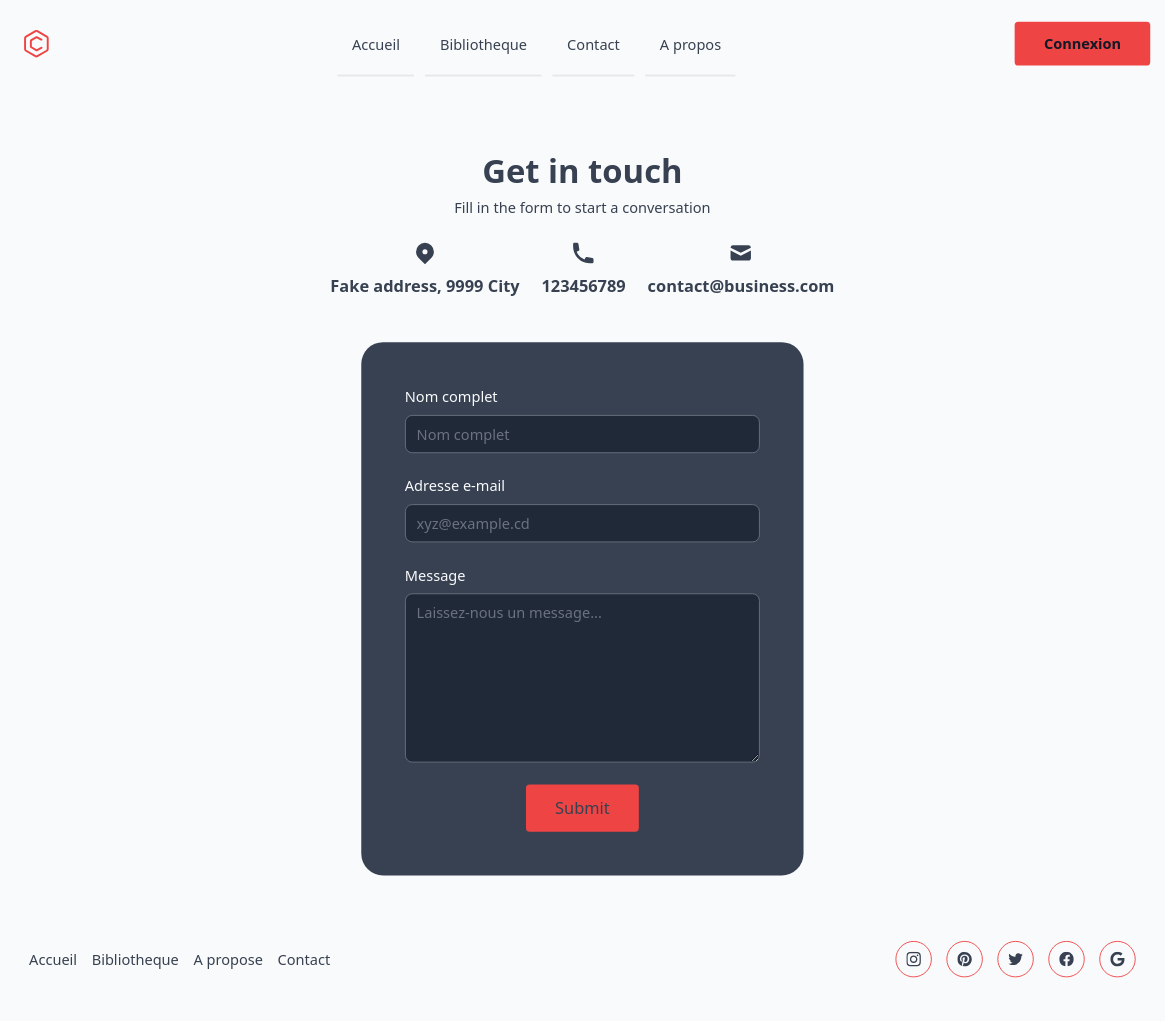
Repository: erulabs243/museum
Page: /contact
The author's editor kept a copy of each file at every save. The page is drawn from the files as they stood at one save, then again after the next save.
The browser window is 1280 px wide. The pictures show the whole page, at 91% of full size.
The project was rebuilt for these pictures with package versions that can differ from the ones it lists, and the page was loaded fresh each time. Also part of the build but not shown: vite.config.js, src/pages/admin/Home.jsx, src/pages/commons/NotFound.jsx, src/components/atoms/TagBadge.jsx, src/components/atoms/MyAudioPlayer.jsx, src/components/atoms/MyVideoPlayer.jsx, src/components/atoms/MediaCard.jsx, src/components/sections/Testimonial.jsx and 16 more.

Above is the page before, as saved 2022-08-10 13:28:28.

### index.html
<!DOCTYPE html>
<html lang="en">
  <head>
    <meta charset="UTF-8" />
    <link rel="icon" type="image/svg+xml" href="/vite.svg" />
    <link rel="stylesheet" href="src/theme/App.css">
    <meta name="viewport" content="width=device-width, initial-scale=1.0" />
    <title>Museum...</title>
  </head>
  <body class="bg-gray-50">
    <div id="root"></div>
    <script type="module" src="/src/main.jsx"></script>
  </body>
</html>

### src/App.jsx
'use strict';

import {BrowserRouter, Route, Routes} from 'react-router-dom';
import { AdminRoutes, CommonsRoutes, UserRoutes, AuthRoutes } from './routes';

const App = () => {
  return (
      <BrowserRouter>
        <Routes>
          {AuthRoutes.map(route => <Route path={route.path} key={route.path} element={route.element} />)}
          {UserRoutes.map(route => <Route path={route.path} key={route.path} element={route.element} />)}
          {AdminRoutes.map(route => <Route path={route.path} key={route.path} element={route.element} />)}
          {CommonsRoutes.map(route => <Route path={route.path} key={route.path} element={route.element} />)}
        </Routes>
      </BrowserRouter>
  );
};

export default App

### src/routes/index.jsx
'use strict';

import AdminRoutes from "./AdminRoutes";
import CommonsRoutes from "./CommonsRoutes";
import UserRoutes from "./UserRoutes";
import AuthRoutes from "./AuthRoutes";

export {UserRoutes, AdminRoutes, CommonsRoutes, AuthRoutes};

### src/routes/AdminRoutes.jsx
'use strict';

import { Home } from "../pages/admin";

const AdminRoutes = [
    {
        path: '/admin',
        element: <Home />
    }
];

export default AdminRoutes;

### src/routes/CommonsRoutes.jsx
'use strict';

import {NotFound} from '../pages/commons';

const CommonsRoutes = [
    {
        path: '*',
        element: <NotFound />
    }
]

export default CommonsRoutes;

### src/routes/UserRoutes.jsx
'use strict';

import {
    About,
    Contact,
    Gallery,
    Home,
    Library,
    Podcast,
    Story,
    Testimonials,
    Videos
} from '../pages/user';

const UserRoutes = [
    {
        path: '/',
        element: <Home />
    },
    {
        path: '/contact',
        element: <Contact />
    },
    {
        path: '/library',
        element: <Library />
    },
    {
        path: '/stories',
        element: <Testimonials />
    },
    {
        path: '/stories/:slug',
        element: <Story />
    },
    {
        path: '/gallery',
        element: <Gallery />
    },
    {
        path: '/videos',
        element: <Videos />
    },
    {
        path: '/podcast',
        element: <Podcast />
    },
    {
        path: '/about',
        element: <About />
    }
];

export default UserRoutes;

### src/routes/AuthRoutes.jsx
'use strict';

import {Login} from '../pages/auth';

const AuthRoutes = [
    {
        path: '/login',
        element: <Login />
    }
];

export default AuthRoutes;

### src/pages/admin/index.jsx
'use strict';

import Home from './Home';

export {Home};

### src/pages/commons/index.jsx
'use strict';

import NotFound from './NotFound';

export {NotFound};

### src/pages/user/index.jsx
'use strict';

import Blog from './Blog';
import Contact from './Contact';
import Gallery from './Gallery';
import Library from './Library';
import Podcast from './Podcast';
import Testimonials from './Testimonials';
import Videos from './Videos';
import Home from './Home';
import Story from './Story';
import About from './About';

export { Home, Blog, Contact, Gallery, Library, Podcast, Testimonials, Videos, Story, About };

### src/pages/auth/index.jsx
'use strict';

import Login from "./Login";

export {Login};

### src/pages/user/Contact.jsx
'use strict';

import { Footer, Navbar } from '../../components/sections';

const Contact = () => {
    return (
        <main>
            <Navbar />
            <section className="py-6 bg-gray-50 text-gray-700 h-5/6">
                <div className="flex flex-col items-center px-6 mx-auto lg:px-8">
                    <div className="p-12 w-2/3">
                        <h1 className="text-4xl font-bold text-center">Get in touch</h1>
                        <p className="pt-2 pb-4 text-center">
                            Fill in the form to start a conversation
                        </p>
                        <div className="flex justify-center items-center">
                            <p className="flex flex-col justify-center items-center mx-3">
                                <svg
                                    xmlns="http://www.w3.org/2000/svg"
                                    viewBox="0 0 20 20"
                                    fill="currentColor"
                                    className="w-7 h-7 my-2">
                                    <path
                                        fillRule="evenodd"
                                        d="M5.05 4.05a7 7 0 119.9 9.9L10 18.9l-4.95-4.95a7 7 0 010-9.9zM10 11a2 2 0 100-4 2 2 0 000 4z"
                                        clipRule="evenodd"></path>
                                </svg>
                                <span className="text-lg font-semibold">
                                    Fake address, 9999 City
                                </span>
                            </p>
                            <p className="flex  flex-col justify-center items-center mx-3">
                                <svg
                                    xmlns="http://www.w3.org/2000/svg"
                                    viewBox="0 0 20 20"
                                    fill="currentColor"
                                    className="w-7 h-7 my-2">
                                    <path d="M2 3a1 1 0 011-1h2.153a1 1 0 01.986.836l.74 4.435a1 1 0 01-.54 1.06l-1.548.773a11.037 11.037 0 006.105 6.105l.774-1.548a1 1 0 011.059-.54l4.435.74a1 1 0 01.836.986V17a1 1 0 01-1 1h-2C7.82 18 2 12.18 2 5V3z"></path>
                                </svg>
                                <span className="text-lg font-semibold">123456789</span>
                            </p>
                            <p className="flex flex-col justify-center items-center mx-3">
                                <svg
                                    xmlns="http://www.w3.org/2000/svg"
                                    viewBox="0 0 20 20"
                                    fill="currentColor"
                                    className="w-7 h-7 my-2">
                                    <path d="M2.003 5.884L10 9.882l7.997-3.998A2 2 0 0016 4H4a2 2 0 00-1.997 1.884z"></path>
                                    <path d="M18 8.118l-8 4-8-4V14a2 2 0 002 2h12a2 2 0 002-2V8.118z"></path>
                                </svg>
                                <span className="text-lg font-semibold">contact@business.com</span>
                            </p>
                        </div>
                    </div>
                    <form
                        noValidate=""
                        className="flex flex-col w-2/5 py-12 space-y-6 px-12 ng-untouched ng-pristine ng-valid bg-gray-700 rounded-3xl">
                        <label className="block">
                            <span className="text-gray-50">Nom complet</span>
                            <input
                                type="text"
                                placeholder="Nom complet"
                                required
                                className="block w-full rounded-lg mt-2 focus:ring focus:ring-opacity-75 focus:ring-red-500 bg-gray-800 text-gray-50"
                            />
                        </label>
                        <label className="block">
                            <span className="text-gray-50">Adresse e-mail</span>
                            <input
                                type="email"
                                required
                                placeholder="xyz@example.cd"
                                className="block w-full rounded-lg mt-2 focus:ring focus:ring-opacity-75 focus:ring-red-500 bg-gray-800 text-gray-50"
                            />
                        </label>
                        <label className="block">
                            <span className="text-gray-50">Message</span>
                            <textarea
                                required
                                placeholder="Laissez-nous un message..."
                                rows="7"
                                className="block w-full rounded-lg mt-2 focus:ring focus:ring-opacity-75 focus:ring-red-500 bg-gray-800 text-gray-50"></textarea>
                        </label>
                        <button
                            type="button"
                            className="self-center px-8 py-3 text-lg rounded focus:ring hover:ring focus:ring-opacity-75 bg-red-500 text-gray-700 focus:ring-red-500 hover:ring-red-500">
                            Submit
                        </button>
                    </form>
                </div>
            </section>
            <Footer />
        </main>
    );
};

export default Contact;

### src/components/sections/index.jsx
'use strict';

import Navbar from './Navbar';
import Footer from './Footer';
import Testimonial from './Testimonial';
import LibraryHeader from './LibraryHeader';
import Pagination from './Pagination';
import Article from './Article';
import Image from './Image';
import Modal from './Modal';

export { Navbar, Footer, Testimonial, LibraryHeader, Pagination, Article, Image, Modal };

### src/components/atoms/index.jsx
'use strict';

import NavLink from './headers/NavLink';
import Button from './headers/Button';
import TagBadge from './TagBadge';
import MyAudioPlayer from './MyAudioPlayer';
import MyVideoPlayer from './MyVideoPlayer';
import MediaCard from './MediaCard';

export { Button, NavLink, TagBadge, MyAudioPlayer, MyVideoPlayer, MediaCard };

### src/components/sections/Navbar.jsx
'use strict';

import { Button, NavLink } from '../atoms';

const setActiveMenu = (menu) => {
    const urlHref = window.location.href;
    let url = urlHref;
    url = url.substring(url.lastIndexOf('/') + 1);
    if (
        urlHref.includes('stories') ||
        urlHref.includes('videos') ||
        urlHref.includes('podcast') ||
        urlHref.includes('gallery')
    )
        url = 'library';

    return menu == 'home' && url == '' ? true : url.includes(menu);
};

const Navbar = () => {
    return (
        <header className="p-4 sticky top-0 bg-gray-50 text-gray-700">
            <div className="container flex justify-between h-16 mx-auto">
                <a
                    rel="noopener noreferrer"
                    href="#"
                    aria-label="Back to homepage"
                    className="flex items-center p-2">
                    <svg
                        xmlns="http://www.w3.org/2000/svg"
                        fill="currentColor"
                        viewBox="0 0 32 32"
                        className="w-8 h-8 text-red-500">
                        <path d="M27.912 7.289l-10.324-5.961c-0.455-0.268-1.002-0.425-1.588-0.425s-1.133 0.158-1.604 0.433l0.015-0.008-10.324 5.961c-0.955 0.561-1.586 1.582-1.588 2.75v11.922c0.002 1.168 0.635 2.189 1.574 2.742l0.016 0.008 10.322 5.961c0.455 0.267 1.004 0.425 1.59 0.425 0.584 0 1.131-0.158 1.602-0.433l-0.014 0.008 10.322-5.961c0.955-0.561 1.586-1.582 1.588-2.75v-11.922c-0.002-1.168-0.633-2.189-1.573-2.742zM27.383 21.961c0 0.389-0.211 0.73-0.526 0.914l-0.004 0.002-10.324 5.961c-0.152 0.088-0.334 0.142-0.53 0.142s-0.377-0.053-0.535-0.145l0.005 0.002-10.324-5.961c-0.319-0.186-0.529-0.527-0.529-0.916v-11.922c0-0.389 0.211-0.73 0.526-0.914l0.004-0.002 10.324-5.961c0.152-0.090 0.334-0.143 0.53-0.143s0.377 0.053 0.535 0.144l-0.006-0.002 10.324 5.961c0.319 0.185 0.529 0.527 0.529 0.916z"></path>
                        <path d="M22.094 19.451h-0.758c-0.188 0-0.363 0.049-0.515 0.135l0.006-0.004-4.574 2.512-5.282-3.049v-6.082l5.282-3.051 4.576 2.504c0.146 0.082 0.323 0.131 0.508 0.131h0.758c0.293 0 0.529-0.239 0.529-0.531v-0.716c0-0.2-0.11-0.373-0.271-0.463l-0.004-0.002-5.078-2.777c-0.293-0.164-0.645-0.26-1.015-0.26-0.39 0-0.756 0.106-1.070 0.289l0.010-0.006-5.281 3.049c-0.636 0.375-1.056 1.055-1.059 1.834v6.082c0 0.779 0.422 1.461 1.049 1.828l0.009 0.006 5.281 3.049c0.305 0.178 0.67 0.284 1.061 0.284 0.373 0 0.723-0.098 1.027-0.265l-0.012 0.006 5.080-2.787c0.166-0.091 0.276-0.265 0.276-0.465v-0.716c0-0.293-0.238-0.529-0.529-0.529z"></path>
                    </svg>
                </a>
                <ul className="items-stretch hidden space-x-3 lg:flex">
                    <li className="flex">
                        <NavLink
                            link={{ name: 'Accueil', path: '', active: setActiveMenu('home') }}
                        />
                    </li>
                    <li className="flex">
                        <NavLink
                            link={{
                                name: 'Bibliotheque',
                                path: 'stories',
                                active: setActiveMenu('library')
                            }}
                        />
                    </li>
                    <li className="flex">
                        <NavLink
                            link={{
                                name: 'Contact',
                                path: 'contact',
                                active: setActiveMenu('contact')
                            }}
                        />
                    </li>
                    <li className="flex">
                        <NavLink
                            link={{
                                name: 'A propos',
                                path: 'about',
                                active: setActiveMenu('about')
                            }}
                        />
                    </li>
                </ul>
                <div className="items-center flex-shrink-0 hidden lg:flex">
                    {/* <button className="self-center px-8 py-3 rounded">Sign in</button> */}
                    <Button link={{ name: 'Connexion' }} />
                </div>
                <button className="p-4 lg:hidden">
                    <svg
                        xmlns="http://www.w3.org/2000/svg"
                        fill="none"
                        viewBox="0 0 24 24"
                        stroke="currentColor"
                        className="w-6 h-6 text-gray-100">
                        <path
                            strokeLinecap="round"
                            strokeLinejoin="round"
                            strokeWidth="2"
                            d="M4 6h16M4 12h16M4 18h16"></path>
                    </svg>
                </button>
            </div>
        </header>
    );
};

export default Navbar;

### src/components/atoms/headers/NavLink.jsx
'use strict';

import { Link } from 'react-router-dom';

const NavLink = ({ link = {} }) => {
  return (
    <Link
      rel="noopener noreferrer"
      to={`/${link.path}`}
      className={
        link.active
          ? 'flex items-center px-4 -mb-1 border-b-2 dark:border-transparent dark:text-red-500 dark:border-red-500'
          : 'flex items-center px-4 -mb-1 border-b-2 dark:border-transparent'
      }>
      {link.name}
    </Link>
  );
};

export default NavLink;

### src/components/atoms/headers/Button.jsx
'use strict';

const Button = ({ link = {} }) => {
  return (
    <button className="self-center px-8 py-3 font-semibold rounded bg-red-500 text-gray-900">
      {link.name}
    </button>
  );
};

export default Button;

Loaded but not shown: src/main.jsx (common file); src/theme/App.css (2450 lines, source omitted); src/components/sections/Footer.jsx (105 lines, source omitted)

After the next save:
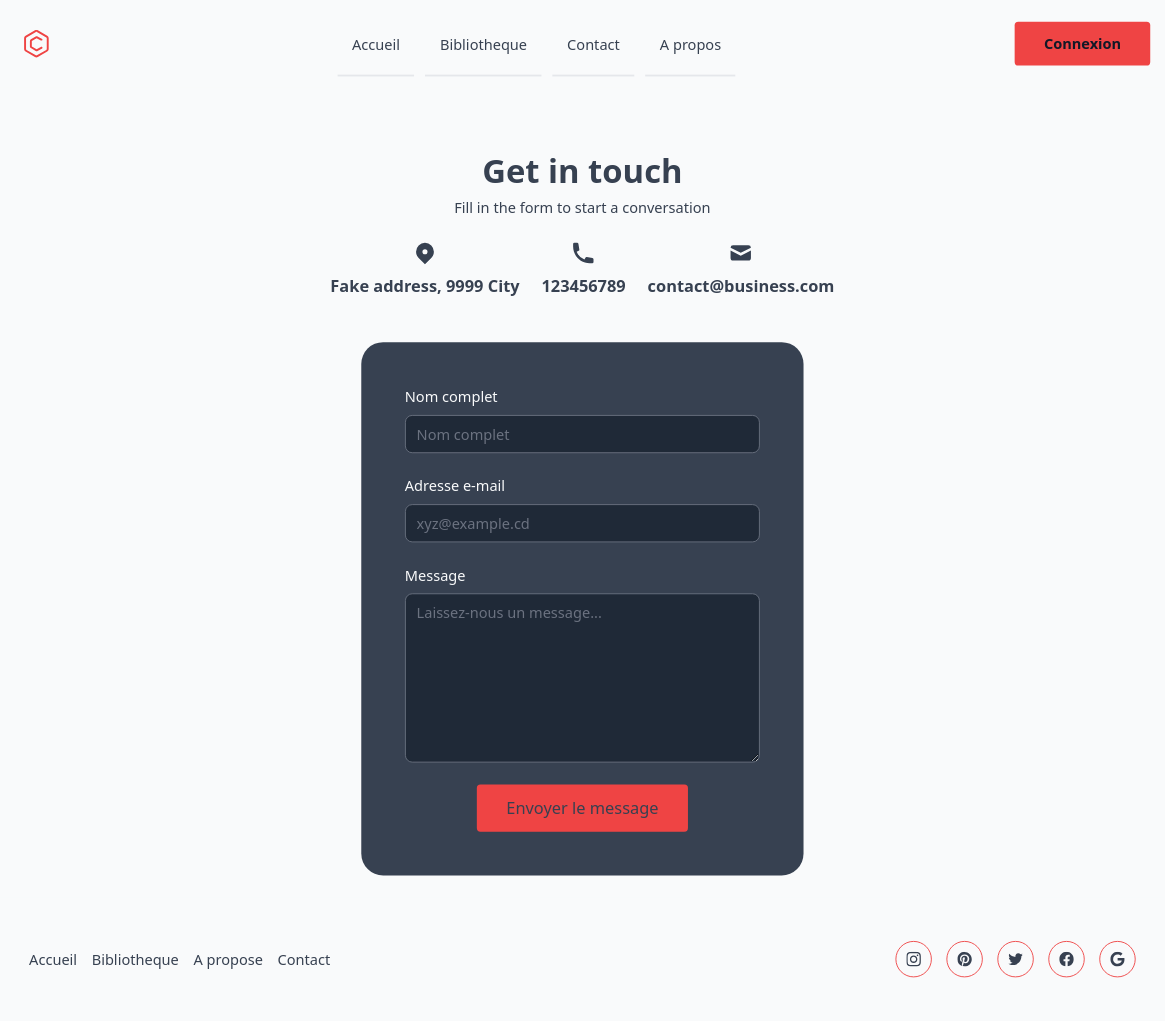
Saved 26 s later.
--- a/src/pages/user/Contact.jsx
+++ b/src/pages/user/Contact.jsx
@@ -84,7 +84,7 @@ const Contact = () => {
                         <button
                             type="button"
                             className="self-center px-8 py-3 text-lg rounded focus:ring hover:ring focus:ring-opacity-75 bg-red-500 text-gray-700 focus:ring-red-500 hover:ring-red-500">
-                            Submit
+                            Envoyer le message
                         </button>
                     </form>
                 </div>
